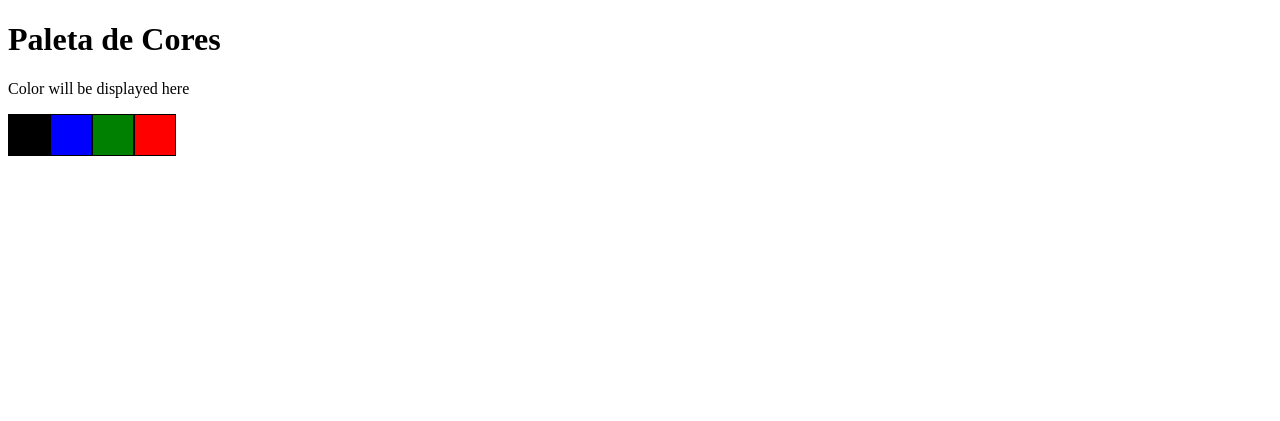
Repository: MuriloColleti/project-Pixer-Art
Page: index.html
These files come from the project's save history. The page is drawn as it stood at one moment and after the next save; the edit follows.
The browser window is 1280 px wide. The pictures show the whole page.

Above is the page before, as saved 2024-02-06 16:24:21.
Console error: SyntaxError: Invalid or unexpected token

### index.html
<!DOCTYPE html>
<html lang="en">
<head>
    <meta charset="UTF-8">
    <meta name="viewport" content="width=device-width, initial-scale=1.0">
    <link rel="stylesheet" href="style.css">
    <title>Paleta de Cores</title>
</head>

<body>
    <header> <h1 id="title"> Paleta de Cores </h1> </header>

    <p id="colorDisplay">Color will be displayed here</p>

<div id="pallet-container">
    <div class="square black color" style="background-color: black;"></div>
    <div class="square blue color"></div>
    <div class="square green color"></div>
    <div class="square red color"></div>
</div>
    <main id="pixel-board"></main>

</body>

<script src="script.js" defer></script>

</html>

### style.css
.black{
    background-color: black;
}

.blue{
    background-color: blue;
}

.red{
    background-color: red;
}

.green{
    background-color: green;
}

.square{
    width: 40px;
    height: 40px;
    border: 1px solid black;
}

#pallet-container{
    display: flex;
    margin-bottom: 1rem;
}

.pixel{
    width: 40px;
    height: 40px;
    border: 1px solid black;
    display: flex;
}

#pixel-board{

    display: flex;
    flex-direction: column;
    justify-content: center;

}

.line{
    display: flex;
}

### script.js
const pixeltable = document.getElementById('pixel-board');
const colorPallet = document.getElementById('pallet-container')
let currentColor = 'black';

const colorElements = document.querySelectorAll('.color');
const colorDisplay = document.getElementById('colorDisplay');


for (linha = 0; linha < 5; linha += 1) {

    let newLine = document.createElement('div')
    newLine.classList.add('line')
    pixeltable.appendChild(newLine);

    for (pixel = 0; pixel < 5; pixel += 1) {
        let newPixel = document.createElement('div')
        newPixel.classList.add('pixel')
        newPixel.addEventListener('click', paintpixel);
        newLine.appendChild(newPixel)
    }
}

colorElements.forEach(function(colorElement) {
    colorElement.addEventListener('click', (event) => {

        const backgroundColor = getComputedStyle(event.target).backgroundColor;

        colorDisplay.textContent = ´Color: ${backgroundColor}´
    });
});

// colorPallet.addEventListener('click', function(event){
//    if(event.target.classList.contains('color')){

//     console.log(event.target.style, 'ola')


//     currentColor = event.target.style.backgroundColor;

//     console.log(currentColor)
//    }
// })

function paintpixel(event) {
    console.log(event.target)
    event.target.style.backgroundColor = currentColor;
}

After the next save:
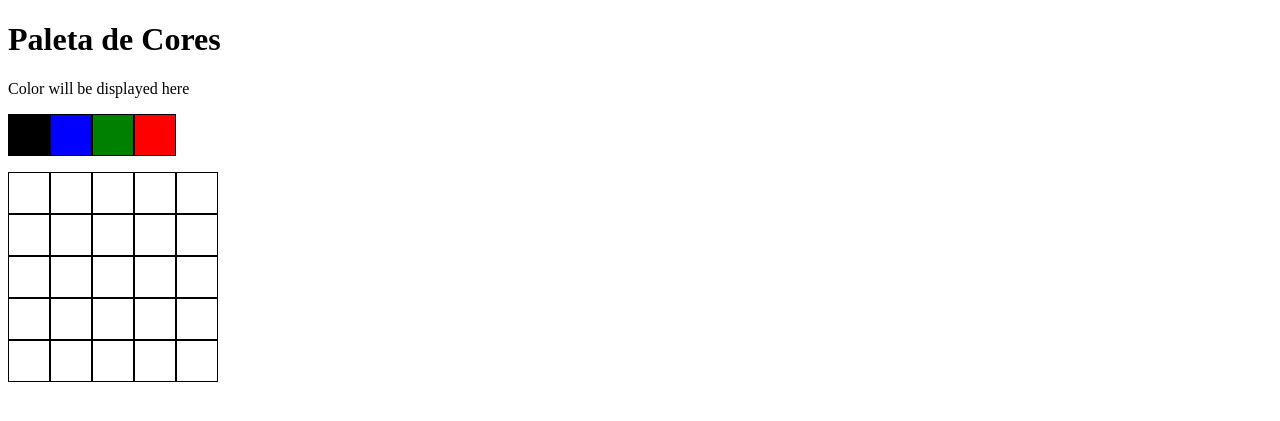
The error is gone.
Saved 23 s later.
--- a/script.js
+++ b/script.js
@@ -25,7 +25,7 @@ colorElements.forEach(function(colorElement) {
 
         const backgroundColor = getComputedStyle(event.target).backgroundColor;
 
-        colorDisplay.textContent = ´Color: ${backgroundColor}´
+        colorDisplay.textContent = `Color: ${backgroundColor}`
     });
 });
 
